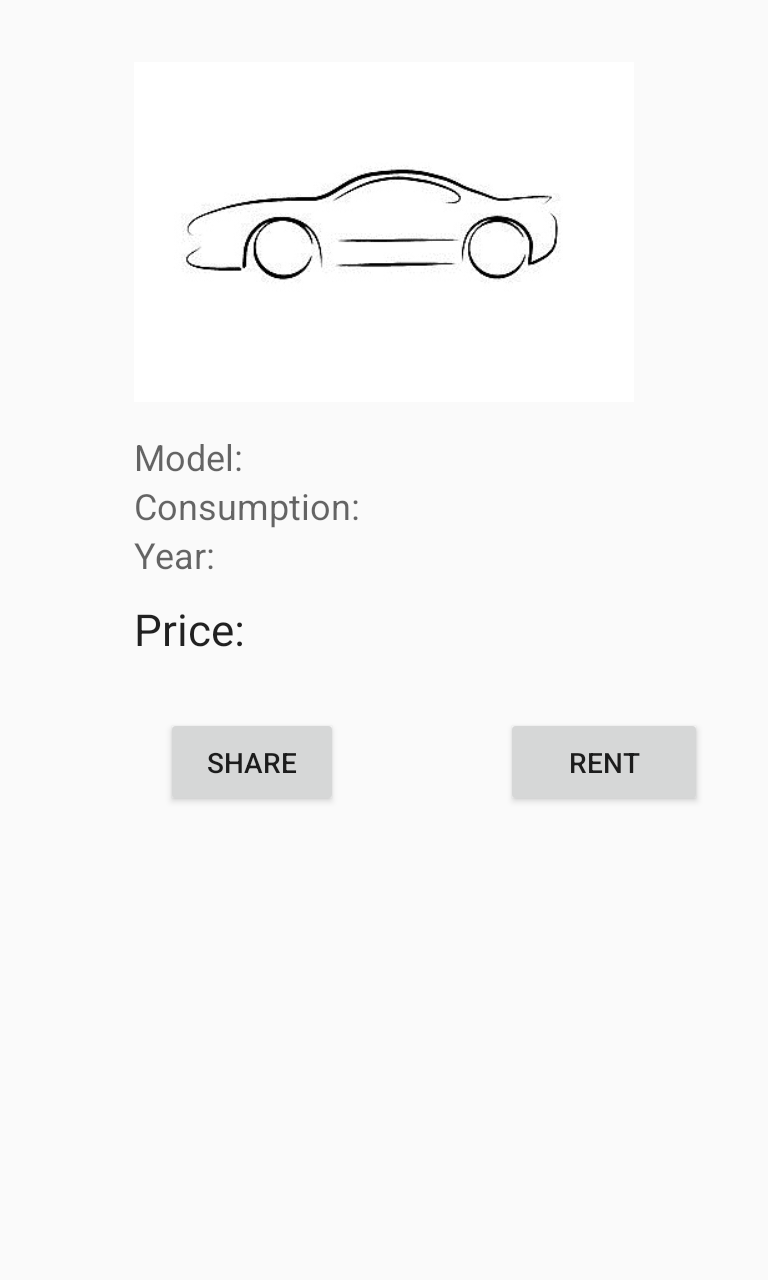
Repository: Sbarli888/MojoJojo-Teamwork
Layout: CarRental/res/layout/activity_car_details.xml
The author's editor kept a copy of each file at every save. The layout is drawn from the files as they stood at one save, then again after the next save.
It is drawn on a 768 x 1280 px phone screen (xhdpi) without system bars, with theme AppTheme; the app's code is not run.

Above is the layout before, as saved 2014-10-16 15:16:48.

### CarRental/res/layout/activity_car_details.xml
<RelativeLayout xmlns:android="http://schemas.android.com/apk/res/android"
    xmlns:tools="http://schemas.android.com/tools"
    android:layout_width="match_parent"
    android:layout_height="match_parent"
    android:paddingBottom="@dimen/activity_vertical_margin"
    android:paddingLeft="@dimen/activity_horizontal_margin"
    android:paddingRight="@dimen/activity_horizontal_margin"
    android:paddingTop="@dimen/activity_vertical_margin"
    tools:context="com.example.carrental.CarDetailsActivity" >

    <ScrollView
        android:layout_width="fill_parent"
        android:layout_height="fill_parent" >

        <RelativeLayout
            android:layout_width="fill_parent"
            android:layout_height="fill_parent" >

            <ImageView
                android:id="@+id/car_image"
                android:layout_width="250dp"
                android:layout_height="200dp"
                android:layout_alignParentTop="true"
                android:layout_centerInParent="true"
                android:src="@drawable/default_car" />

            <TextView
                android:id="@+id/tv_car_model"
                android:layout_width="wrap_content"
                android:layout_height="wrap_content"
                android:layout_alignLeft="@+id/car_image"
                android:layout_below="@+id/car_image"
                android:text="@string/car_model"
                android:textAppearance="?android:attr/textAppearanceMedium" />

            <TextView
                android:id="@+id/tv_car_consumption"
                android:layout_width="wrap_content"
                android:layout_height="wrap_content"
                android:layout_alignLeft="@+id/tv_car_model"
                android:layout_below="@+id/tv_car_model"
                android:text="@string/car_consumption"
                android:textAppearance="?android:attr/textAppearanceMedium" />

            <TextView
                android:id="@+id/tv_car_year"
                android:layout_width="wrap_content"
                android:layout_height="wrap_content"
                android:layout_alignLeft="@+id/tv_car_consumption"
                android:layout_below="@+id/tv_car_consumption"
                android:layout_marginBottom="10dp"
                android:text="@string/car_year"
                android:textAppearance="?android:attr/textAppearanceMedium" />

            <TextView
                android:id="@+id/tv_car_price"
                android:layout_width="wrap_content"
                android:layout_height="wrap_content"
                android:layout_alignLeft="@+id/tv_car_year"
                android:layout_below="@+id/tv_car_year"
                android:layout_marginBottom="10dp"
                android:text="@string/car_price"
                android:textAppearance="?android:attr/textAppearanceLarge" />

            <Button
                android:id="@+id/btn_rent"
                android:layout_width="100dp"
                android:layout_height="wrap_content"
                android:layout_alignBaseline="@+id/btn_share"
                android:layout_alignBottom="@+id/btn_share"
                android:layout_alignParentRight="true"
                android:layout_marginRight="16dp"
                android:text="@string/car_rent" />

            <Button
                android:id="@+id/btn_share"
                android:layout_width="wrap_content"
                android:layout_height="wrap_content"
                android:layout_alignLeft="@+id/tv_car_price"
                android:layout_below="@+id/tv_car_price"
                android:layout_marginLeft="15dp"
                android:layout_marginTop="18dp"
                android:text="@string/car_share" />
        </RelativeLayout>
    </ScrollView>

</RelativeLayout>

### CarRental/res/values/strings.xml
<?xml version="1.0" encoding="utf-8"?>
<resources>

    <string name="app_name">CarRental</string>
    <string name="hello_world">Hello world!</string>
    <string name="action_settings">Settings</string>
    <string name="action_logout">Logout</string>
    <string name="title_activity_car_details">Car Details</string>
    <string name="title_activity_rented_cars">RentedCarsActivity</string>
    <string name="car_model">Model: </string>
    <string name="car_consumption">Consumption: </string>
    <string name="car_year">Year: </string>
    <string name="car_price">Price: </string>
    <string name="car_share">Share</string>
    <string name="car_rent">Rent</string>

</resources>

Loaded but not shown: CarRental/res/values/styles.xml (common file); CarRental/res/values-v11/styles.xml (common file); CarRental/res/values-v14/styles.xml (common file); CarRental/res/values/dimens.xml (common file); CarRental/res/values-w820dp/dimens.xml (common file)

After the next save:
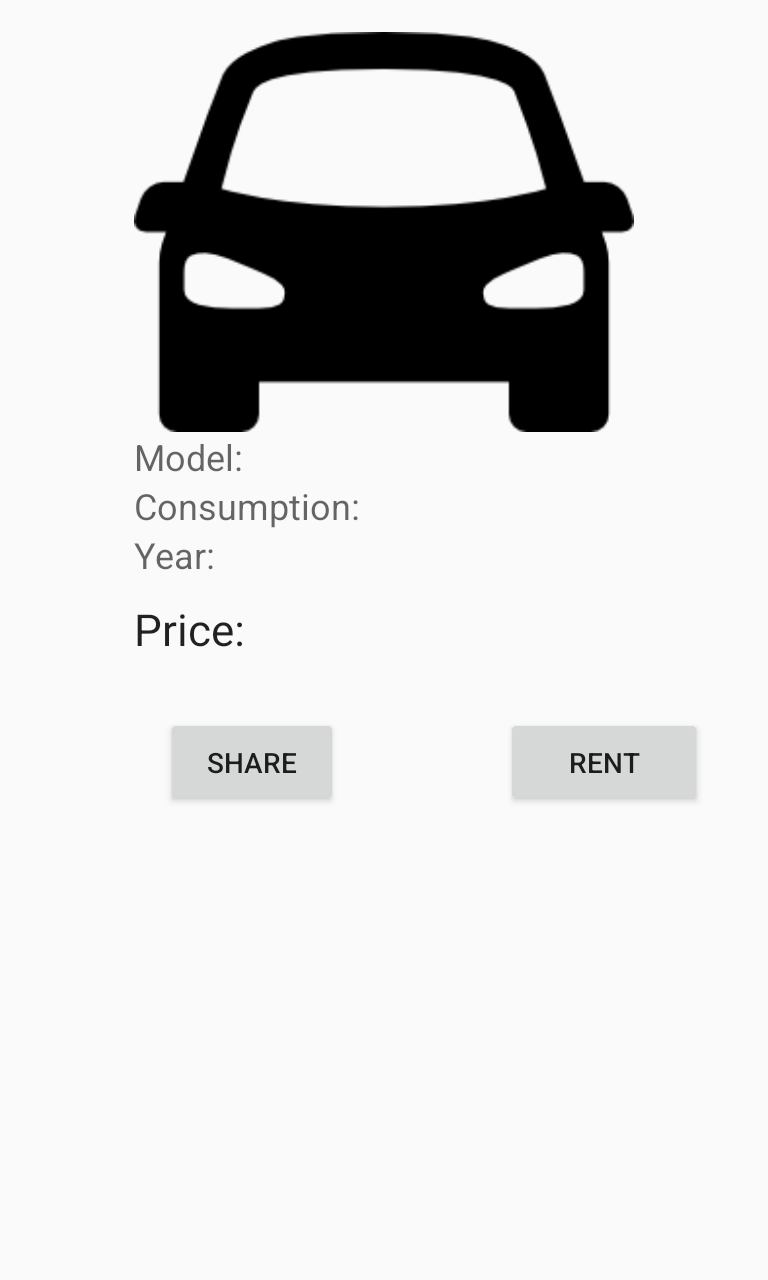
Saved 15 s later.
--- a/CarRental/res/layout/activity_car_details.xml
+++ b/CarRental/res/layout/activity_car_details.xml
@@ -22,7 +22,7 @@
                 android:layout_height="200dp"
                 android:layout_alignParentTop="true"
                 android:layout_centerInParent="true"
-                android:src="@drawable/default_car" />
+                android:src="@drawable/car_icon" />
 
             <TextView
                 android:id="@+id/tv_car_model"
